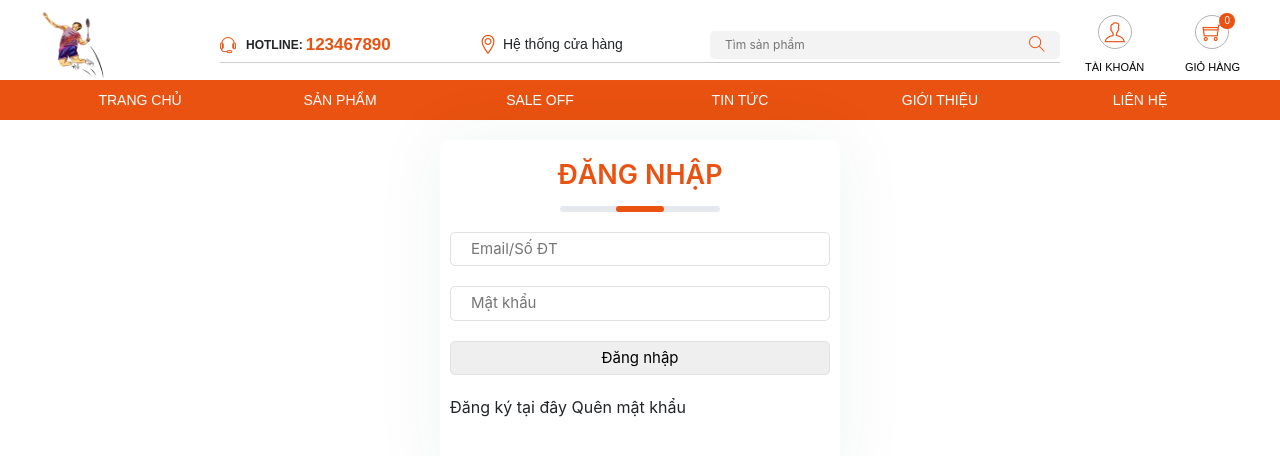
Repository: Namtran3107/CauLongSo1
Page: login.html
These files come from the project's save history. The page is drawn as it stood at one moment and after the next save; the edit follows.
The browser window is 1280 px wide. The pictures show the whole page.

Above is the page before, as saved 2022-12-11 14:20:38.

### login.html
<!DOCTYPE html>
<html lang="en">
<head>
    <meta charset="UTF-8">
    <meta http-equiv="X-UA-Compatible" content="IE=edge">
    <meta name="viewport" content="width=device-width, initial-scale=1.0">
    <link rel="stylesheet" href="./index.css">
    <link rel="stylesheet" href="./login.css">
    <link rel="stylesheet" href="./themify-icons-font/themify-icons/themify-icons.css">
    <link rel="stylesheet" href="https://stackpath.bootstrapcdn.com/bootstrap/4.3.1/css/bootstrap.min.css" integrity="sha384-ggOyR0iXCbMQv3Xipma34MD+dH/1fQ784/j6cY/iJTQUOhcWr7x9JvoRxT2MZw1T" crossorigin="anonymous">
    <title>Cau Long So 1</title>
</head>
<body>
    <div id="body-all-website">
        <div id="body-width-all">
            <div id="header-website-top">
                <div class="header-website">
                    <div class="header-logo-and-account-all">
                        <a href="" class="header-logo-website">
                            <img src="./img/pngtree-badminton-fitness-little-boy-image_1289549.png" alt="" class="header-logo">
                        </a>
                        <div class="header-phone-location-search">
                            <div class="header-phone-location-search-list">
                                <div class="header-phone-number">
                                    <div class="header-logo-number"><div class="ti-headphone-alt"></div></div>
                                    <div class="header-content-phone-number">HOTLINE: </div>
                                    <div class="header-phone-number-item">123467890</div>
                                </div>
                                <div class="header-location-store">
                                    <div class="header-logo-location"><div class="ti-location-pin"></div></div>
                                    <div class="header-content-location">Hệ thống cửa hàng</div>
                                </div>
                                <div class="header-search-product">
                                    <input type="text" name="" id="" class="header-input-search" placeholder="Tìm sản phẩm">
                                    <a href="" class="header-logo-search"><div class="ti-search"></div></a>
                                    <div class="header-input-history-all">
                                        <div class="header-input-history-list">
                                            <div class="header-input-history-content">
                                                <div class="header-input-history-name-content">Tìm kiếm gần đây</div>
                                            </div>
                                            <div class="header-input-history-item">
                                                <a href="" class="input-history-img"><img src="./img/history.PNG" alt=""></a>
                                                <div class="input-history-name-procduc-and-price">
                                                    <a href="" class="input-history-name-procduc"><div>Giày cầu lông trẻ em Kumpoo KH-F07J xanh chính hãng</div></a>
                                                    <div class="input-history-product-price">690.000 ₫</div>
                                                </div>
                                                <a href="" class="input-history-delete"><div class="ti-close"></div></a>
                                            </div>
                                            <div class="header-input-history-item">
                                                <a href="" class="input-history-img"><img src="./img/history.PNG" alt=""></a>
                                                <div class="input-history-name-procduc-and-price">
                                                    <a href="" class="input-history-name-procduc"><div>Giày cầu lông trẻ em Kumpoo KH-F07J xanh chính hãng</div></a>
                                                    <div class="input-history-product-price">690.000 ₫</div>
                                                </div>
                                                <a href="" class="input-history-delete"><div class="ti-close"></div></a>
                                            </div>
                                            <div class="header-input-history-item">
                                                <a href="" class="input-history-img"><img src="./img/history.PNG" alt=""></a>
                                                <div class="input-history-name-procduc-and-price">
                                                    <a href="" class="input-history-name-procduc"><div>Giày cầu lông trẻ em Kumpoo KH-F07J xanh chính hãng</div></a>
                                                    <div class="input-history-product-price">690.000 ₫</div>
                                                </div>
                                                <a href="https://www.facebook.com/" class="input-history-delete"><div class="ti-close"></div></a>
                                            </div>
                                        </div>
                                    </div>
                                </div>
                            </div>
                        </div>
                        <div class="header-account-website">
                            <div class="account-header-list">
                                <div class="account-website">
                                    <div class="logo-account-website">
                                        <div class="ti-user"></div>
                                        <div class="content-account-website content-account-website-color">TÀI KHOẢN</div>
                                        <div class="account-login-and-register">
                                            <a href="" class="account-login-register-list">
                                                <div class="account-login-register-logo"><div class="ti-share"></div></div>
                                                <div class="ccount-login-register-content">Đăng nhập</div>
                                            </a>
                                            <a href="" class="account-login-register-list">
                                                <div class="account-login-register-logo"><div class="ti-share-alt"></div></div>
                                                <div class="ccount-login-register-content">Đăng ký</div>
                                            </a>
                                        </div>
                                    </div>
                                    <div class="cart-website-header">
                                        <a href="" class="cart-website">
                                            <div class="ti-shopping-cart"></div>
                                            <div class="content-cart-website content-account-website-color">GIỎ HÀNG</div>
                                        </a>
                                        <div class="cart-list">
                                            <div class="cart-list-son">
                                                <div class="cart-list-logo"><div class="ti-bag"></div></div>
                                                <span class="cart-list-text">Không có sản phẩm nào trong giỏ hàng của bạn</span>
                                            </div>
                                        </div>
                                    </div>
                                </div>
                            </div>
                        </div>
                    </div>
                    <div class="header-menu-website">
                        <ul class="menu-website-list">
                            <li><a href="./index.html" class="menu-website-item">TRANG CHỦ</a></li>
                            <li><a href="./product.html" class="menu-website-item">SẢN PHẨM</a></li>
                            <li><a href="./saleoff.html" class="menu-website-item">SALE OFF</a></li>
                            <li><a href="./news.html" class="menu-website-item">TIN TỨC</a></li>
                            <li><a href="./recomend.html" class="menu-website-item">GIỚI THIỆU</a></li>
                            <li><a href="./contact.html" class="menu-website-item">LIÊN HỆ</a></li>
                        </ul>
                    </div>
                </div>
            </div>
            <div id="body-website-login">
                <div class="body-website-login-list">
                    <div class="body-website-login-item">
                        <div class="table-login-list">
                            <div class="login-content-list">
                                <span class="login-content-header">ĐĂNG NHẬP</span>
                                <span class="decor"></span>
                            </div>
                            <div class="login-input-list">
                                <input type="text" class="login-input-item" placeholder="Email/Số ĐT">
                                <input type="text" class="login-input-item" placeholder="Mật khẩu">
                                <input type="button" class="login-input-item login-input-item-buttom" value="Đăng nhập">
                            </div>
                            <div class="login-input-text-list">
                                <span class="login-input-text-item">Đăng ký tại đây</span>
                                <span class="login-input-text-item">Quên mật khẩu</span>
                            </div>
                        </div>
                    </div>
                </div>
            </div>
        </div>
    </div>
</body>
</html>

### login.css
:root {
    --color-website: #e95211;
}
.body-website-login-list{
    width: 1200px;
    margin: 0 auto;
}
.body-website-login-item{
    width: 400px;
    height: 340px;
    margin: 20px auto 0;
    background-color: #fff;
    box-shadow: 0px 1px 69.16px 6.84px rgb(20 64 51 / 5%);
    border-radius: 10px;
}
.table-login-list{
    padding: 15px 10px 0;
}
.login-content-list{
    display: flex;
    flex-direction: column;
    align-items: center;
}
.login-content-header{
    color: var(--color-website);
    font-size: 27px;
    font-weight: 600;
}
.decor{
    position: relative;
    width: 160px;
    height: 6px;
    background-color: #e5e9ed;
    border-radius: 10px;
    margin-top: 10px;
}
.decor::before{
    content: "";
    position: absolute;
    width: 30%;
    height: 100%;
    left: 50%;
    transform: translateX(-50%);
    background-color: var(--color-website);
    border-radius: 10px;
}
.login-input-list{
    margin-top: 20px;
    display: flex;
    flex-direction: column;
}
.login-input-item{
    padding: 5px 20px;
    outline: none;
    font-size: 15px;
    border-radius: 5px;
    border: 1px solid #e1e1e1;
    margin-bottom: 20px;
    width: 100%;
}

Loaded but not shown: themify-icons-font/themify-icons/themify-icons.css (common file); index.css (806 lines, source omitted)

After the next save:
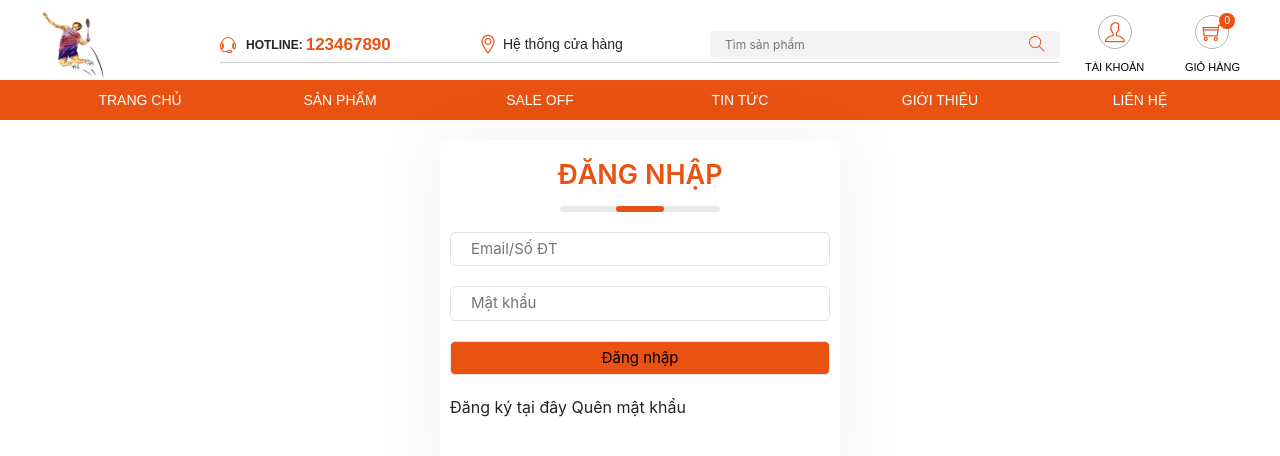
Saved 27 s later.
--- a/login.css
+++ b/login.css
@@ -58,3 +58,6 @@
     margin-bottom: 20px;
     width: 100%;
 }
+.login-input-item-buttom{
+    background-color: var(--color-website);
+}
